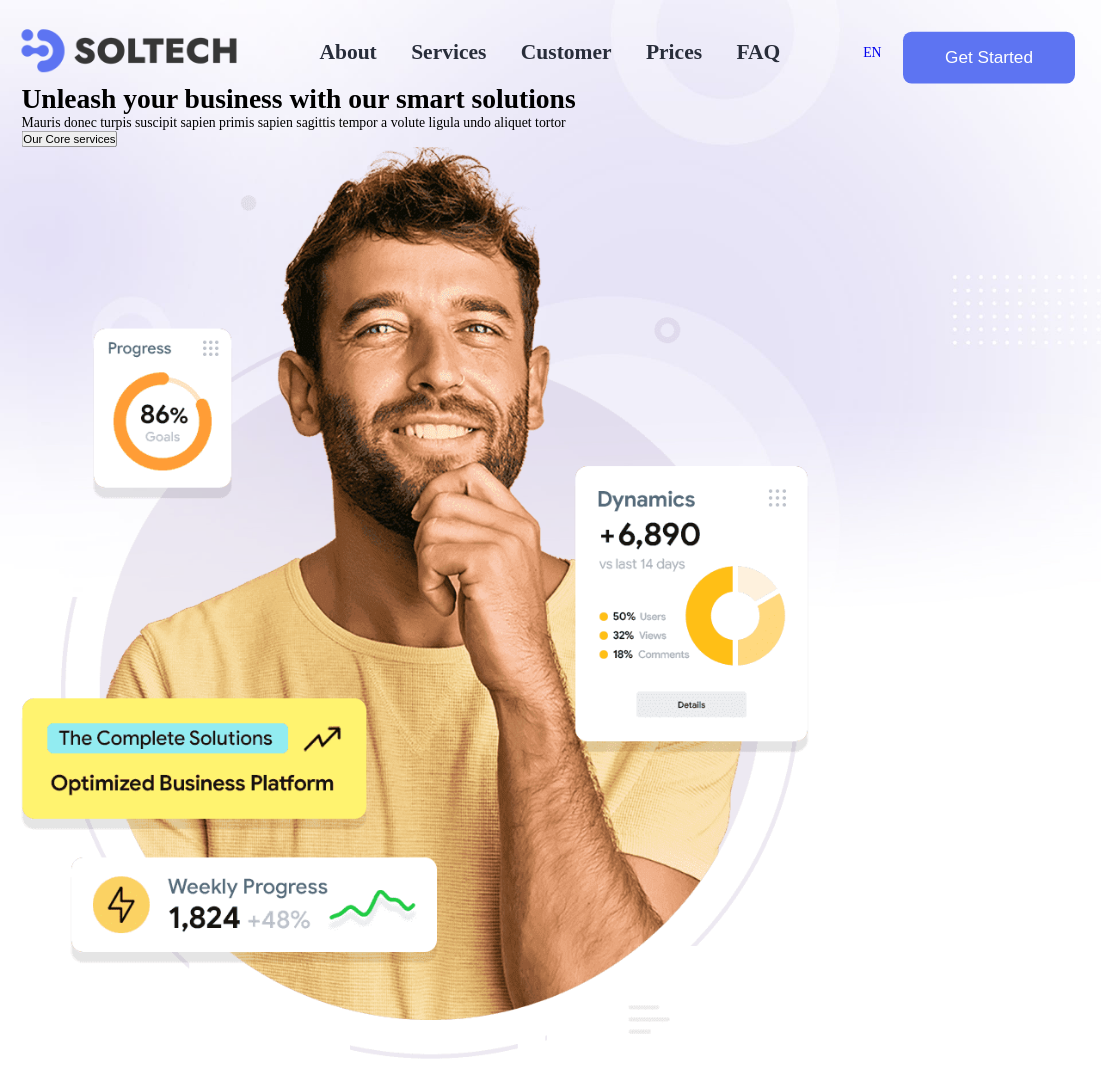
Repository: md-rabbi-hossain/Soltech-html
Page: index.html
An editor plug-in stored every save of this project. The page is shown before and after the next save, followed by the edit.
The browser window is 1280 px wide. The pictures show the whole page, at 86% of full size.

Above is the page before, as saved 2025-01-08 12:52:54.

### index.html
<!DOCTYPE html>
<html lang="en">
  <head>
    <meta charset="UTF-8" />
    <meta name="viewport" content="width=device-width, initial-scale=1.0" />
    <link rel="stylesheet" href="Css/style.css" />
    <title>Soltech</title>
  </head>
  <body>
    <header class="main-container">
      <div class="container">
        <nav>
          <div class="logo">
            <img src="image/logo-1.png" alt="Logo" />
          </div>
          <ul class="menu">
            <li class="dropdown">
              <a href="#">About</a>
              <ul class="dropdown-menu">
                <li><a href="#">Our Team</a></li>
                <li><a href="#">Our Mission</a></li>
                <li><a href="#">History</a></li>
              </ul>
            </li>
            <li><a href="#">Services</a></li>
            <li><a href="#">Customer</a></li>
            <li><a href="#">Prices</a></li>
            <li><a href="#">FAQ</a></li>
          </ul>
          <div class="actions">
            <div class="dropdown">
              <li><a href="#">EN</a></li>
              <ul class="dropdown-menu">
                <li><a href="#">English</a></li>
                <li><a href="#">Spanish</a></li>
              </ul>
            </div>
            <button class="get-started">Get Started</button>
          </div>
        </nav>
        <!-- Navbar end here  -->
        <!-- hero start here  -->
        <div class="hero-parents">
          <div class="left-side">
            <div class="content">
              <h1>Unleash your business with our smart solutions</h1>
              <p>
                Mauris donec turpis suscipit sapien primis sapien sagittis
                tempor a volute ligula undo aliquet tortor
              </p>
              <button>Our Core services</button>
            </div>
          </div>
          <div class="right">
            <img src="/image/hero-right.png" alt="" />
          </div>
        </div>
      </div>
    </header>
  </body>
</html>

### Css/style.css
* {
  margin: 0;
  padding: 0;
  box-sizing: border-box;
}
@font-face {
  font-family: Inter;
  src: url("/Font/Inter_24pt-Regular.ttf") format("woff2");
  src: url("/Font/Inter_24pt-Regular.ttf") format("woff");
  src: url("/Font/Inter_24pt-Regular.ttf") format("truetype");
  font-weight: normal;
  font-style: normal;
}
@font-face {
  font-family: Jakarta;
  src: url("/Font/PlusJakartaSans-Regular.ttf") format("woff2");
  src: url("/Font/PlusJakartaSans-Regular.ttf") format("woff");
  src: url("/Font/PlusJakartaSans-Regular.ttf") format("truetype");
  font-weight: normal;
  font-style: normal;
}
.main-container {
  max-width: 100%;
  height: 100vh;
  background-image: url("/image/hero-1.jpg");
  background-size: cover;
  background-repeat: no-repeat;
}
.container {
  max-width: 1400px;
  display: block;
  margin: 0 auto;
  padding: 25px;
}

li {
  list-style: none;
}
li a {
  text-decoration: none;
}
/* General Styles */

nav {
  display: flex;
  justify-content: space-between;
  align-items: center;
}

.logo img {
  max-height: 50px;
}

.menu {
  display: flex;
  list-style: none;
  gap: 20px;
}

.menu li {
  position: relative;
}

.menu a {
  text-decoration: none;
  font-size: 25px;
  color: #282d3a;
  font-weight: bold;
  padding: 5px 10px;
}

/* Dropdown Styles */
.dropdown:hover .dropdown-menu {
  display: block;
}

.dropdown-menu {
  display: none;
  position: absolute;
  background: #fff;
  box-shadow: 0 4px 6px rgba(0, 0, 0, 0.1);
  border-radius: 5px;
  margin-top: 10px;
  list-style: none;
  padding: 10px 0;
}

.dropdown-menu li {
  padding: 5px 20px;
}

.dropdown-menu li a {
  color: #282d3a;
}

.dropdown-menu li:hover {
  background: #f1f1f1;
}

/* Actions Section */
.actions {
  display: flex;
  align-items: center;
  gap: 20px;
}

.get-started {
  background: #5d74f2;
  color: #fff;
  font-size: 20px;
  line-height: 28px;
  padding: 6px 22px 8px;
  margin: 12px 5px 0;
  border: none;
  border-radius: 10px;
  width: 200px;
  height: 60px;
  cursor: pointer;
  transition: 0.5s;
}

.get-started:hover {
  background: #f2f0fb;
  border: 1px solid black;
  color: #585f6e;
}

After the next save:
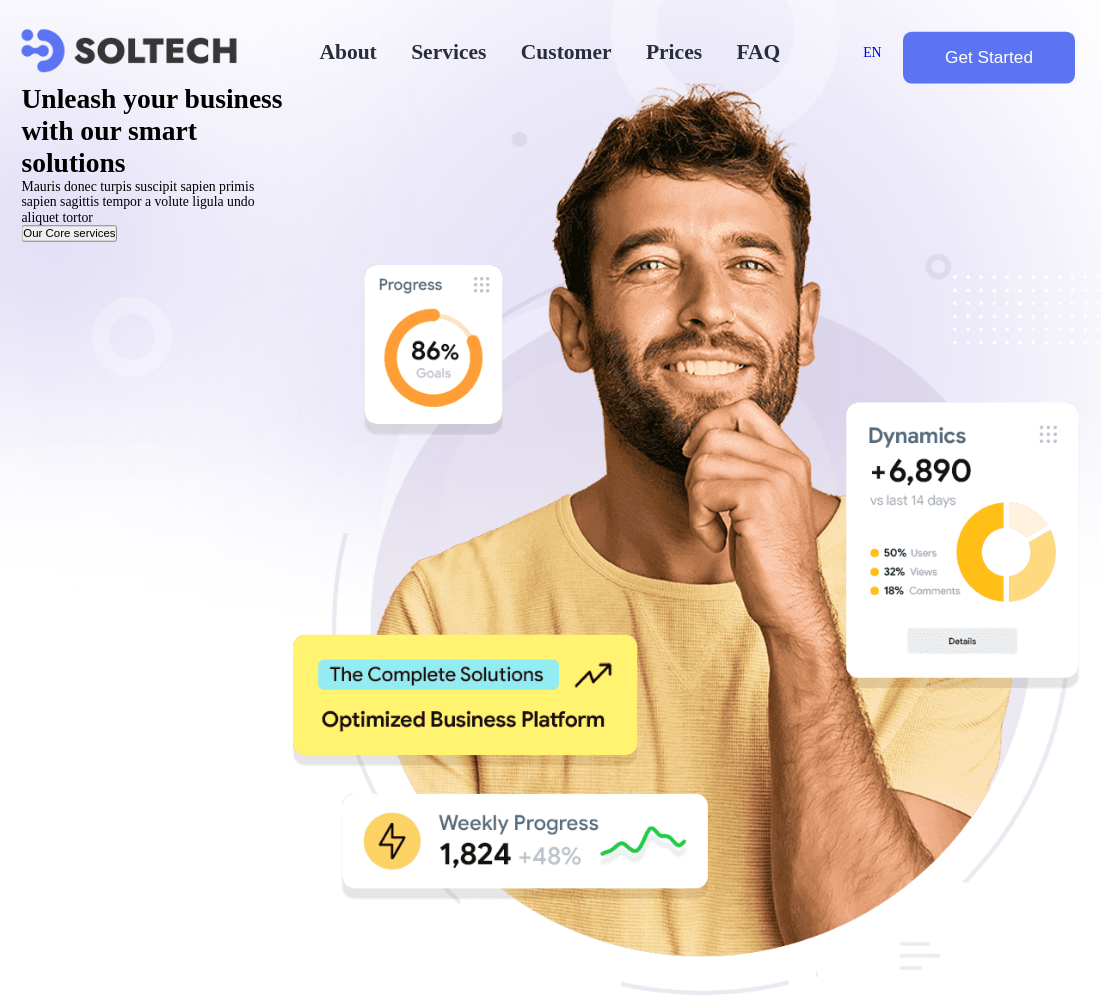
Saved 96 s later.
--- a/Css/style.css
+++ b/Css/style.css
@@ -124,3 +124,9 @@ nav {
   border: 1px solid black;
   color: #585f6e;
 }
+.hero-parents {
+  max-width: 100%;
+  height: 100vh;
+  display: flex;
+  justify-content: space-between;
+}
